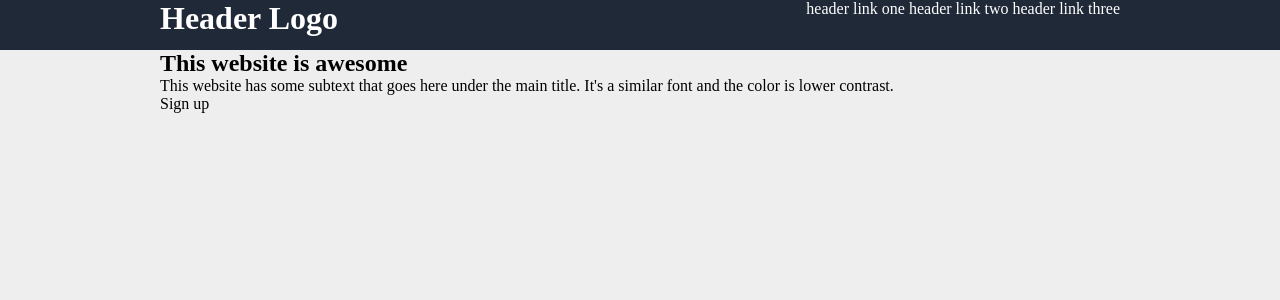
Repository: Pafestivo/Dummy-Landing-Page
Page: index.html
These files come from the project's save history. The page is drawn as it stood at one moment and after the next save; the edit follows.
The browser window is 1280 px wide. The pictures show the whole page.

Above is the page before, as saved 2022-09-26 17:44:25.

After the next save:
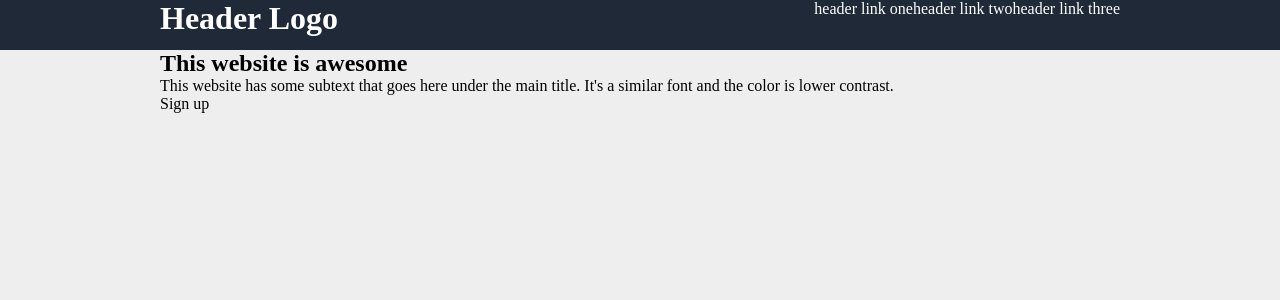
Saved 28 s later.
--- a/styles.css
+++ b/styles.css
@@ -30,4 +30,8 @@ header .container {
   display: flex;
   justify-content: space-between;
 }
+
+header nav {
+  display: flex;
+}
 /* End head area  */
